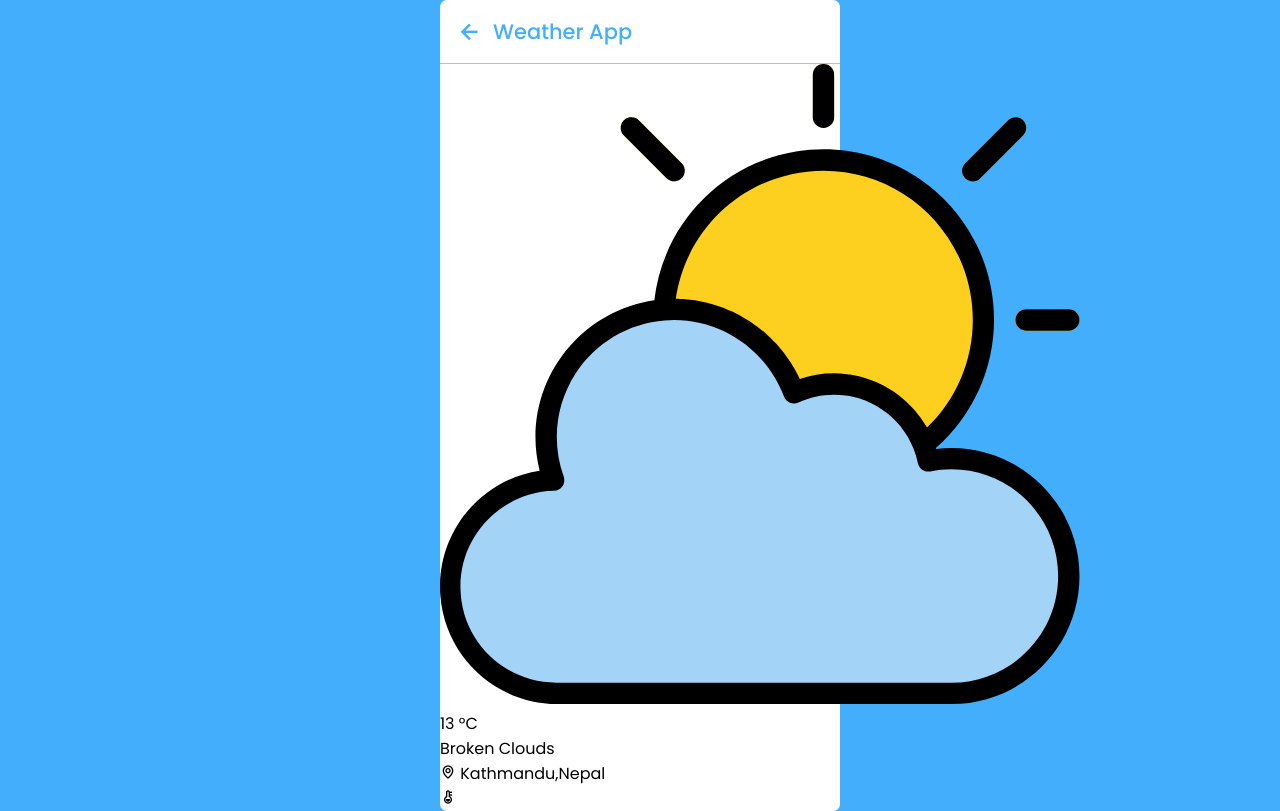
Repository: long13820/Weather-App-HTML-CSS-Javascript
Page: index.html
The author's editor kept a copy of each file at every save. The page is drawn from the files as they stood at one save, then again after a run of saves.
The browser window is 1280 px wide. The pictures show the whole page.

Above is the page before, as saved 2021-09-02 10:31:34.

After the next 3 saves:
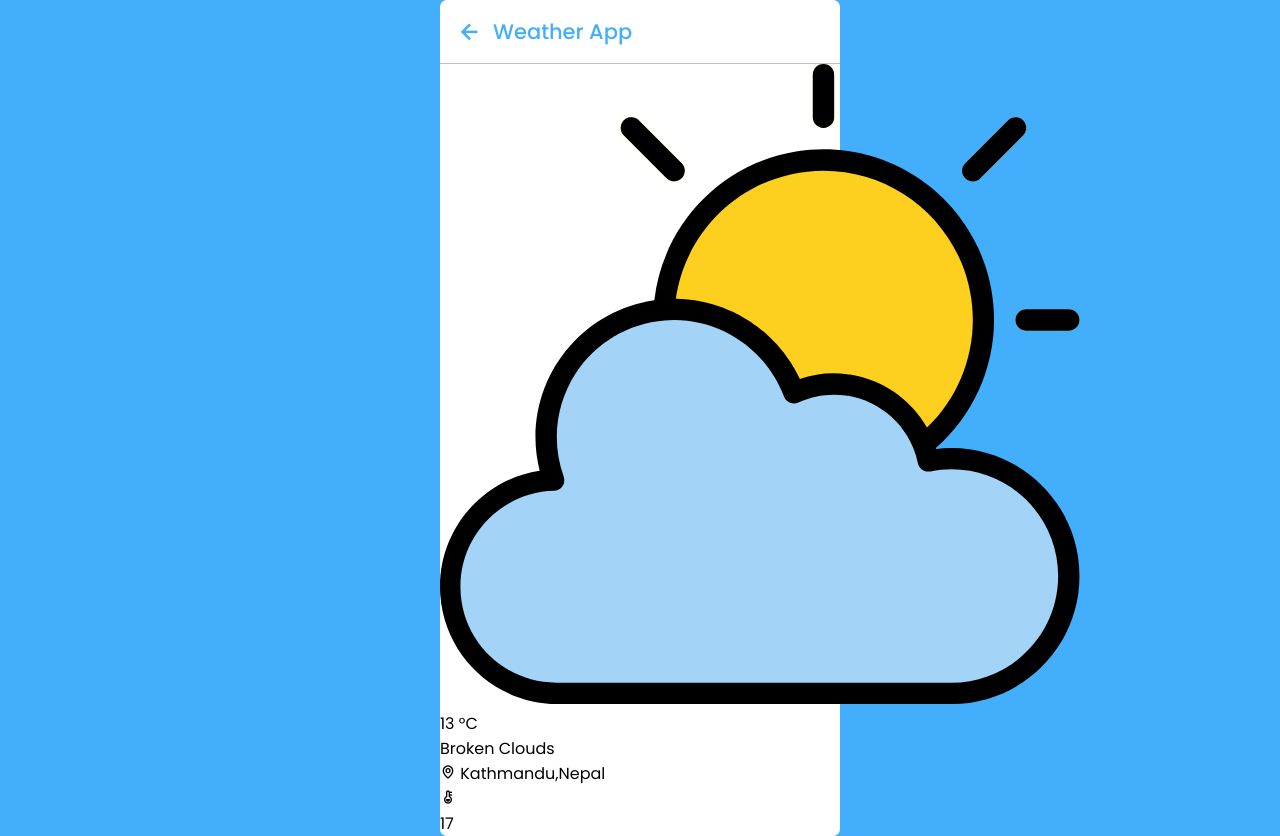
The 3 saves are shown as one change because they came seconds apart.
The last was saved 10 s later.
--- a/index.html
+++ b/index.html
@@ -40,7 +40,8 @@
                     <i class="bx bxs-thermometer"></i>
                     <div class="details">
                         <div class="temp">
-                            <span class=""></span>
+                            <span class="numb">17</span>
+
                         </div>
                     </div>
                 </div>
